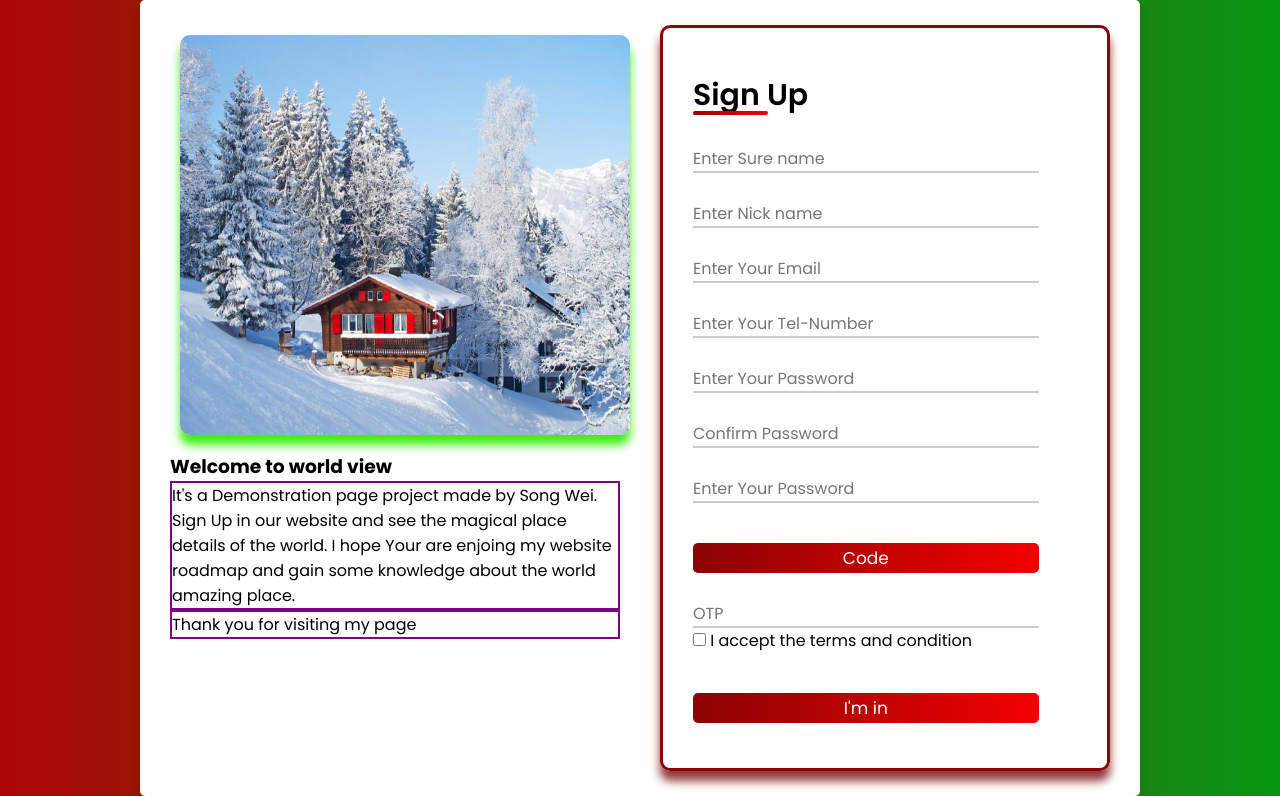
Repository: dev-ashik/Halloween
Page: Reg Page/Index.html
The author's editor kept a copy of each file at every save. The page is drawn from the files as they stood at one save, then again after the next save.
The browser window is 1280 px wide. The pictures show the whole page.

Above is the page before, as saved 2021-12-21 22:42:59.

After the next save:
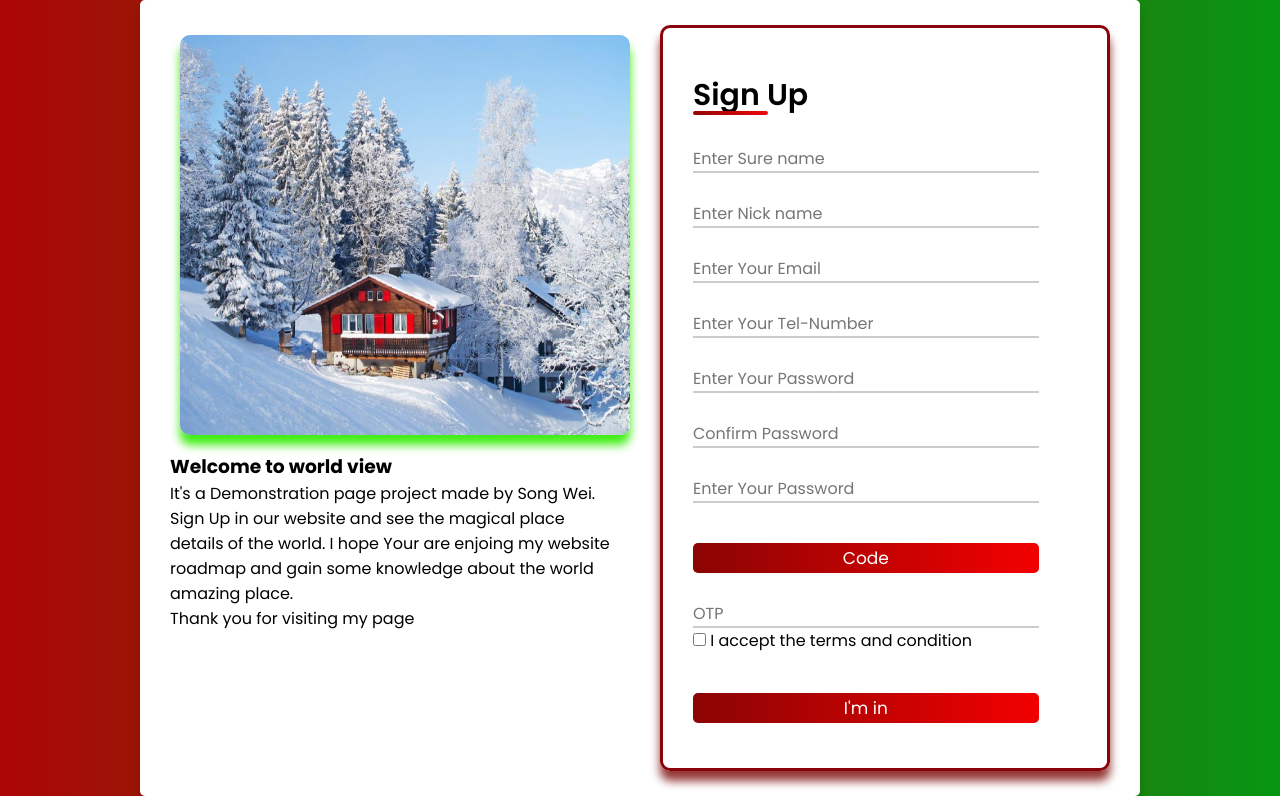
Saved 10 s later.
--- a/Reg Page/CSS/main.css
+++ b/Reg Page/CSS/main.css
@@ -42,9 +42,7 @@ body {
     box-shadow: 0 10px 10px #40ee14;
 }
 
-.con .bann p {
-    border: 2px solid purple;
-}
+.con .bann h3 {}
 
 .con .form {
     float: right;
